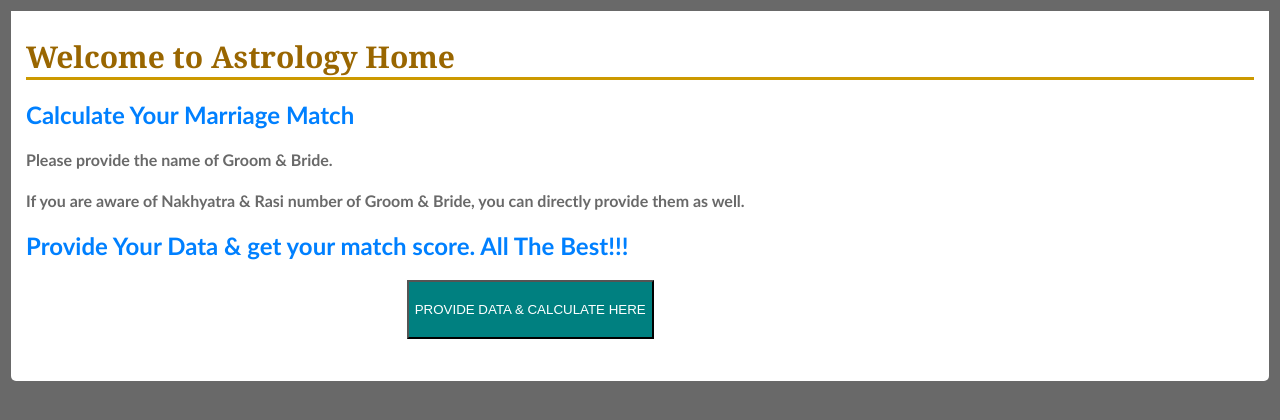
Repository: suman104/astrology
Page: http://localhost/index
An editor plug-in stored every save of this project. The page is shown before and after the next save, followed by the edit.
The browser window is 1280 px wide. The pictures show the whole page.
The page is this project's Thymeleaf template; nobody is signed in. The template is opened directly, without the code that normally fills it, so the values that code supplies are empty.

Above is the page before, as saved 2021-05-17 01:42:19.

After the next save:
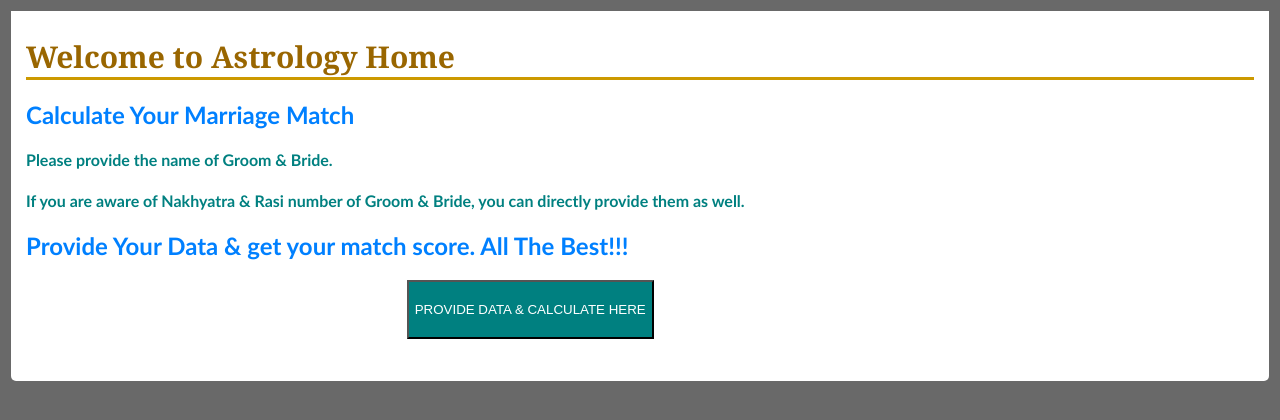
Saved 27 s later.
--- a/AstrologyHome/src/main/resources/static/css/main.css
+++ b/AstrologyHome/src/main/resources/static/css/main.css
@@ -25,6 +25,11 @@ h2 {
     color: rgb(0, 128, 255);
 }
 
+h4 {
+
+    color: rgb(0, 128, 128);
+}
+
 
 button.homebutton{
 
